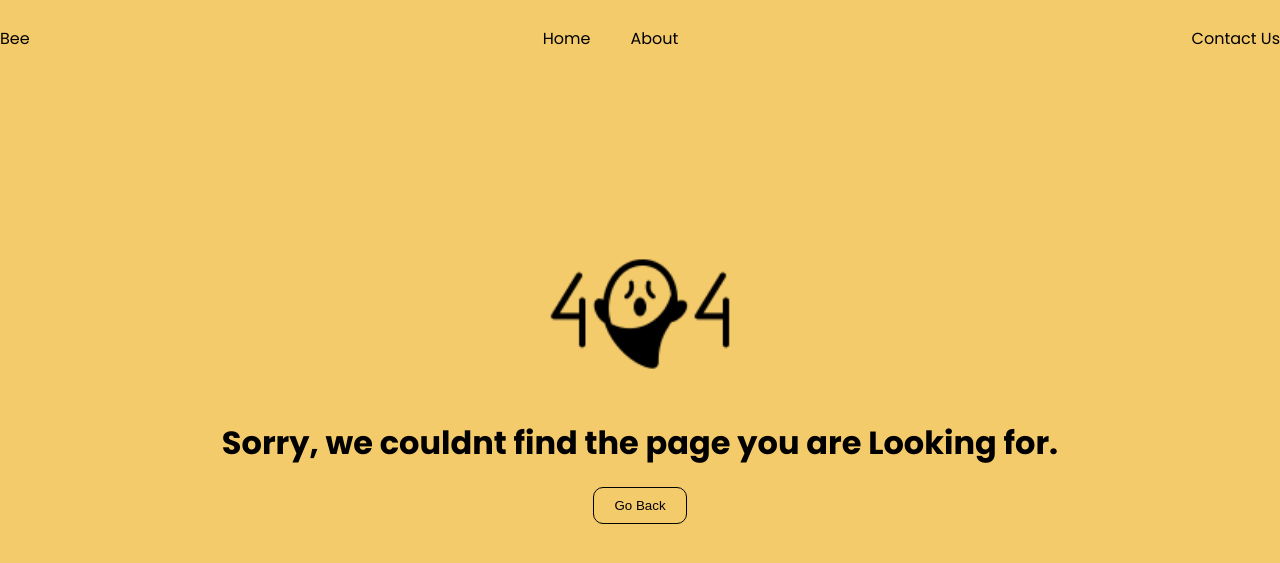
Repository: ble-syn/Random-user-generator-app
Page: /not-found
An editor plug-in stored every save of this project. The page is shown before and after the next save, followed by the edit.
The browser window is 1280 px wide. The pictures show the whole page.
The project was rebuilt for these pictures with package versions that can differ from the ones it lists, and the page was loaded fresh each time. Also part of the build but not shown: src/components/pagination.jsx, src/components/ErrorFallback.jsx, src/components/User.jsx, src/pages/Home.jsx, src/pages/About.jsx, src/pages/Policy.jsx, src/pages/Terms.jsx, src/pages/Contact.jsx.

Above is the page before, as saved 2022-10-28 17:38:33.

After the next save:
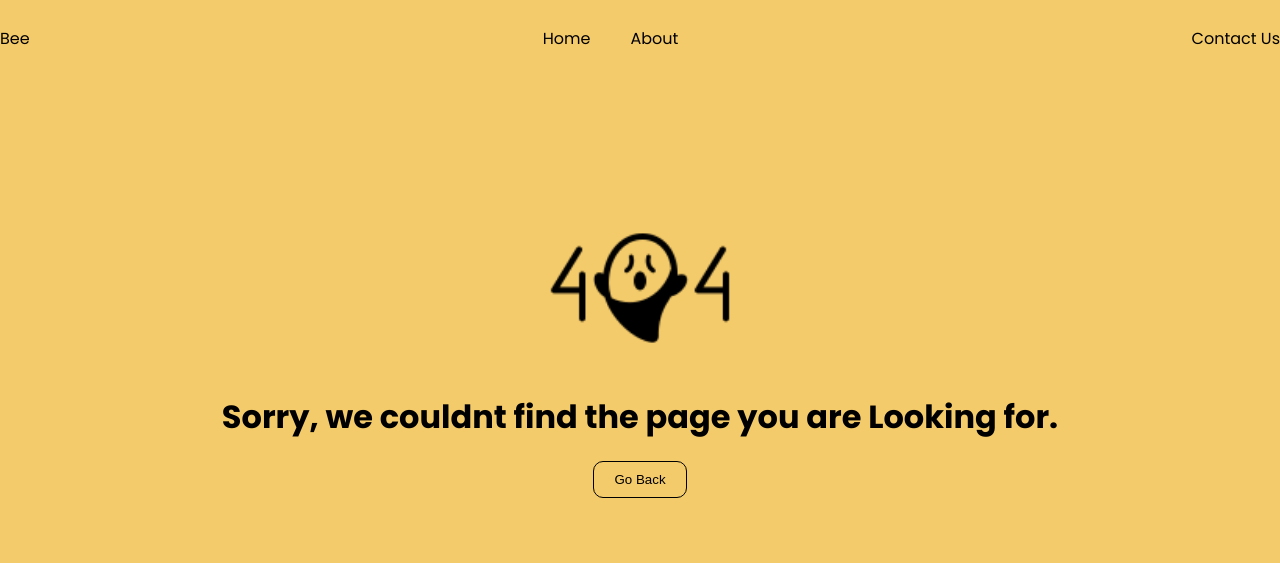
Saved 58 s later.
--- a/src/index.css
+++ b/src/index.css
@@ -23,7 +23,7 @@ body {
 nav {
   display: flex;
   justify-content: space-between;
-  margin: 2% 0 5%;
+  margin: 2% 0 3%;
 }
 .menu {
   margin: 0 20px;
